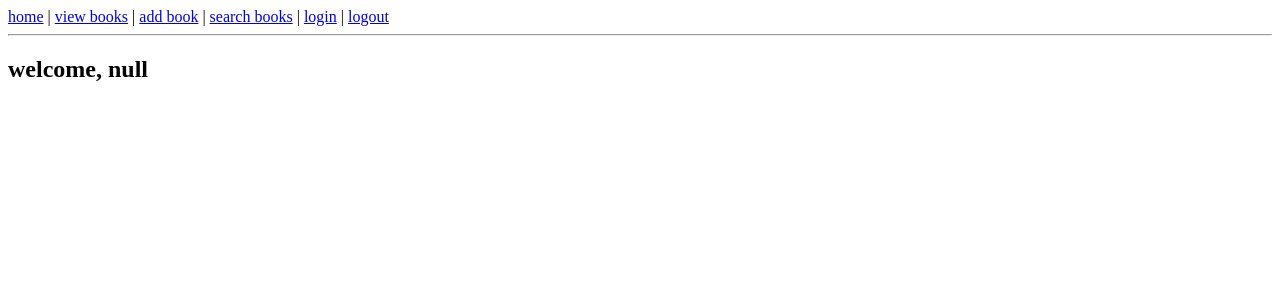
Repository: vivekchopade662002/Library-Management-System
Page: http://localhost/Library_Management_System/home.jsp
The author's editor kept a copy of each file at every save. The page is drawn from the files as they stood at one save, then again after the next save.
The browser window is 1280 px wide. The pictures show the whole page.
The page is served by Tomcat 10. Nobody is signed in. The application's start-up code is not run.

Above is the page before, as saved 2024-12-02 11:28:58.

After the next save:
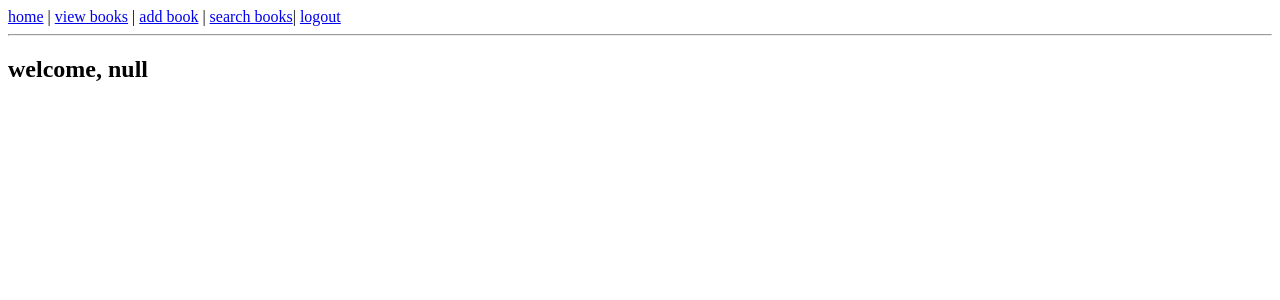
Saved 6 h 41 min later.
--- a/Library_Management_System/src/main/webapp/home.jsp
+++ b/Library_Management_System/src/main/webapp/home.jsp
@@ -10,8 +10,7 @@
         <a href="home.jsp">home</a> |
         <a href="viewbooks.jsp">view books</a> |
         <a href="addbook.jsp">add book</a> |
-        <a href="search.jsp">search books</a> |
-        <a href="login.jsp">login</a> |
+        <a href="search.jsp">search books</a>|
         <a href="logoutservlet">logout</a>
     </div>
     <hr>
